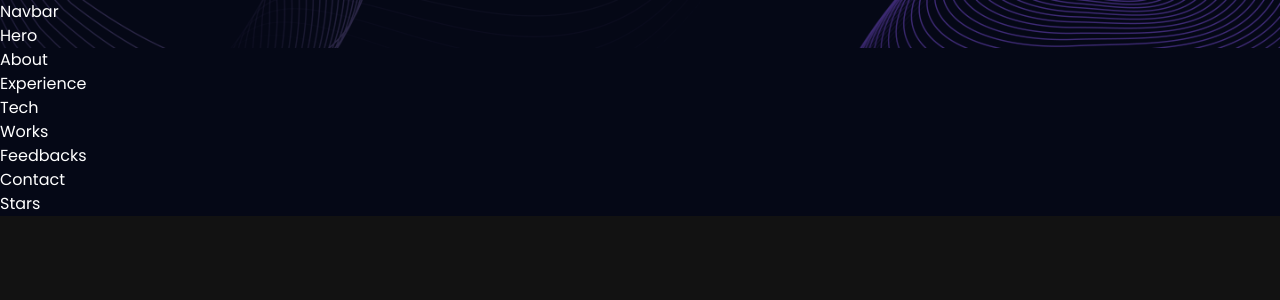
Repository: davedeguia/3d-portfolio
Page: /
These files come from the project's save history. The page is drawn as it stood at one moment and after the next save; the edit follows.
The browser window is 1280 px wide. The pictures show the whole page.
The project was rebuilt for these pictures with package versions that can differ from the ones it lists, and the page was loaded fresh each time. Also part of the build but not shown: vite.config.js, src/components/canvas/Earth.jsx, src/components/canvas/Ball.jsx, src/components/canvas/Computers.jsx.

Above is the page before, as saved 2023-03-04 14:17:28.

### src/App.jsx
import { BrowserRouter } from 'react-router-dom'
import {
  About,
  Contact,
  Experience,
  Feedbacks,
  Hero,
  Navbar,
  Tech,
  Works,
  StarsCanvas,
} from './components'

const App = () => {
  return (
    <BrowserRouter>
      <div className='relative z-0 bg-primary'>
        <div className='bg-hero-pattern bg-cover bg-no-repeat bg-center'>
          <Navbar />
          <Hero />
        </div>
        <About />
        <Experience />
        <Tech />
        <Works />
        <Feedbacks />
        <div className='relative z-0'>
          <Contact />
          <StarsCanvas />
        </div>
      </div>
    </BrowserRouter>
  )
}

export default App

### src/components/Navbar.jsx
import React, { useEffect, useState } from 'react'
import { Link } from 'react-router-dom'
import { styles } from '../styles'
import { navLinks } from '../constants'
import { logo, menu, close } from '../assets'

const Navbar = () => {
  return <nav>Navbar</nav>
}

export default Navbar

### src/styles.js
const styles = {
  paddingX: 'sm:px-16 px-6',
  paddingY: 'sm:py-16 py-6',
  padding: 'sm:px-16 px-6 sm:py-16 py-10',

  heroHeadText:
    'font-black text-white lg:text-[80px] sm:text-[60px] xs:text-[50px] text-[40px] lg:leading-[98px] mt-2',
  heroSubText:
    'text-[#dfd9ff] font-medium lg:text-[30px] sm:text-[26px] xs:text-[20px] text-[16px] lg:leading-[40px]',

  sectionHeadText:
    'text-white font-black md:text-[60px] sm:text-[50px] xs:text-[40px] text-[30px]',
  sectionSubText:
    'sm:text-[18px] text-[14px] text-secondary uppercase tracking-wider',
}

export { styles }

### src/constants/index.js
import {
  mobile,
  backend,
  creator,
  web,
  javascript,
  typescript,
  html,
  css,
  reactjs,
  redux,
  tailwind,
  nodejs,
  mongodb,
  git,
  figma,
  docker,
  meta,
  starbucks,
  tesla,
  shopify,
  carrent,
  jobit,
  tripguide,
  threejs,
} from '../assets'

export const navLinks = [
  {
    id: 'about',
    title: 'About',
  },
  {
    id: 'work',
    title: 'Work',
  },
  {
    id: 'contact',
    title: 'Contact',
  },
]

const services = [
  {
    title: 'Web Developer',
    icon: web,
  },
  {
    title: 'React Native Developer',
    icon: mobile,
  },
  {
    title: 'Backend Developer',
    icon: backend,
  },
  {
    title: 'Content Creator',
    icon: creator,
  },
]

const technologies = [
  {
    name: 'HTML 5',
    icon: html,
  },
  {
    name: 'CSS 3',
    icon: css,
  },
  {
    name: 'JavaScript',
    icon: javascript,
  },
  {
    name: 'TypeScript',
    icon: typescript,
  },
  {
    name: 'React JS',
    icon: reactjs,
  },
  {
    name: 'Redux Toolkit',
    icon: redux,
  },
  {
    name: 'Tailwind CSS',
    icon: tailwind,
  },
  {
    name: 'Node JS',
    icon: nodejs,
  },
  {
    name: 'MongoDB',
    icon: mongodb,
  },
  {
    name: 'Three JS',
    icon: threejs,
  },
  {
    name: 'git',
    icon: git,
  },
  {
    name: 'figma',
    icon: figma,
  },
  {
    name: 'docker',
    icon: docker,
  },
]

const experiences = [
  {
    title: 'React.js Developer',
    company_name: 'Starbucks',
    icon: starbucks,
    iconBg: '#383E56',
    date: 'March 2020 - April 2021',
    points: [
      'Developing and maintaining web applications using React.js and other related technologies.',
      'Collaborating with cross-functional teams including designers, product managers, and other developers to create high-quality products.',
      'Implementing responsive design and ensuring cross-browser compatibility.',
      'Participating in code reviews and providing constructive feedback to other developers.',
    ],
  },
  {
    title: 'React Native Developer',
    company_name: 'Tesla',
    icon: tesla,
    iconBg: '#E6DEDD',
    date: 'Jan 2021 - Feb 2022',
    points: [
      'Developing and maintaining web applications using React.js and other related technologies.',
      'Collaborating with cross-functional teams including designers, product managers, and other developers to create high-quality products.',
      'Implementing responsive design and ensuring cross-browser compatibility.',
      'Participating in code reviews and providing constructive feedback to other developers.',
    ],
  },
  {
    title: 'Web Developer',
    company_name: 'Shopify',
    icon: shopify,
    iconBg: '#383E56',
    date: 'Jan 2022 - Jan 2023',
    points: [
      'Developing and maintaining web applications using React.js and other related technologies.',
      'Collaborating with cross-functional teams including designers, product managers, and other developers to create high-quality products.',
      'Implementing responsive design and ensuring cross-browser compatibility.',
      'Participating in code reviews and providing constructive feedback to other developers.',
    ],
  },
  {
    title: 'Full stack Developer',
    company_name: 'Meta',
    icon: meta,
    iconBg: '#E6DEDD',
    date: 'Jan 2023 - Present',
    points: [
      'Developing and maintaining web applications using React.js and other related technologies.',
      'Collaborating with cross-functional teams including designers, product managers, and other developers to create high-quality products.',
      'Implementing responsive design and ensuring cross-browser compatibility.',
      'Participating in code reviews and providing constructive feedback to other developers.',
    ],
  },
]

const testimonials = [
  {
    testimonial:
      'I thought it was impossible to make a website as beautiful as our product, but Rick proved me wrong.',
    name: 'Sara Lee',
    designation: 'CFO',
    company: 'Acme Co',
    image: 'https://randomuser.me/api/portraits/women/4.jpg',
  },
  {
    testimonial:
      "I've never met a web developer who truly cares about their clients' success like Rick does.",
    name: 'Chris Brown',
    designation: 'COO',
    company: 'DEF Corp',
    image: 'https://randomuser.me/api/portraits/men/5.jpg',
  },
  {
    testimonial:
      "After Rick optimized our website, our traffic increased by 50%. We can't thank them enough!",
    name: 'Lisa Wang',
    designation: 'CTO',
    company: '456 Enterprises',
    image: 'https://randomuser.me/api/portraits/women/6.jpg',
  },
]

const projects = [
  {
    name: 'Car Rent',
    description:
      'Web-based platform that allows users to search, book, and manage car rentals from various providers, providing a convenient and efficient solution for transportation needs.',
    tags: [
      {
        name: 'react',
        color: 'blue-text-gradient',
      },
      {
        name: 'mongodb',
        color: 'green-text-gradient',
      },
      {
        name: 'tailwind',
        color: 'pink-text-gradient',
      },
    ],
    image: carrent,
    source_code_link: 'https://github.com/',
  },
  {
    name: 'Job IT',
    description:
      'Web application that enables users to search for job openings, view estimated salary ranges for positions, and locate available jobs based on their current location.',
    tags: [
      {
        name: 'react',
        color: 'blue-text-gradient',
      },
      {
        name: 'restapi',
        color: 'green-text-gradient',
      },
      {
        name: 'scss',
        color: 'pink-text-gradient',
      },
    ],
    image: jobit,
    source_code_link: 'https://github.com/',
  },
  {
    name: 'Trip Guide',
    description:
      'A comprehensive travel booking platform that allows users to book flights, hotels, and rental cars, and offers curated recommendations for popular destinations.',
    tags: [
      {
        name: 'nextjs',
        color: 'blue-text-gradient',
      },
      {
        name: 'supabase',
        color: 'green-text-gradient',
      },
      {
        name: 'css',
        color: 'pink-text-gradient',
      },
    ],
    image: tripguide,
    source_code_link: 'https://github.com/',
  },
]

export { services, technologies, experiences, testimonials, projects }

### src/assets/index.js
import logo from "./logo.svg";
import backend from "./backend.png";
import creator from "./creator.png";
import mobile from "./mobile.png";
import web from "./web.png";
import github from "./github.png";
import menu from "./menu.svg";
import close from "./close.svg";

import css from "./tech/css.png";
import docker from "./tech/docker.png";
import figma from "./tech/figma.png";
import git from "./tech/git.png";
import html from "./tech/html.png";
import javascript from "./tech/javascript.png";
import mongodb from "./tech/mongodb.png";
import nodejs from "./tech/nodejs.png";
import reactjs from "./tech/reactjs.png";
import redux from "./tech/redux.png";
import tailwind from "./tech/tailwind.png";
import typescript from "./tech/typescript.png";
import threejs from "./tech/threejs.svg";

import meta from "./company/meta.png";
import shopify from "./company/shopify.png";
import starbucks from "./company/starbucks.png";
import tesla from "./company/tesla.png";

import carrent from "./carrent.png";
import jobit from "./jobit.png";
import tripguide from "./tripguide.png";

export {
  logo,
  backend,
  creator,
  mobile,
  web,
  github,
  menu,
  close,
  css,
  docker,
  figma,
  git,
  html,
  javascript,
  mongodb,
  nodejs,
  reactjs,
  redux,
  tailwind,
  typescript,
  threejs,
  meta,
  shopify,
  starbucks,
  tesla,
  carrent,
  jobit,
  tripguide,
};

### tailwind.config.cjs
/** @type {import('tailwindcss').Config} */
module.exports = {
  content: ['./src/**/*.{js,jsx}'],
  mode: 'jit',
  theme: {
    extend: {
      colors: {
        primary: '#050816',
        secondary: '#aaa6c3',
        tertiary: '#151030',
        'black-100': '#100d25',
        'black-200': '#090325',
        'white-100': '#f3f3f3',
      },
      boxShadow: {
        card: '0px 35px 120px -15px #211e35',
      },
      screens: {
        xs: '450px',
      },
      backgroundImage: {
        'hero-pattern': "url('/src/assets/herobg.png')",
      },
    },
  },
  plugins: [],
}

Loaded but not shown: index.html (common file); src/main.jsx (common file); src/index.css (common file); src/components/index.js (common file); src/components/canvas/index.js (common file); src/components/Hero.jsx (common file); src/components/About.jsx (common file); src/components/Tech.jsx (common file); src/components/Experience.jsx (common file); src/components/Works.jsx (common file); src/components/Feedbacks.jsx (common file); src/components/Contact.jsx (common file); src/components/canvas/Stars.jsx (common file)

After the next save:
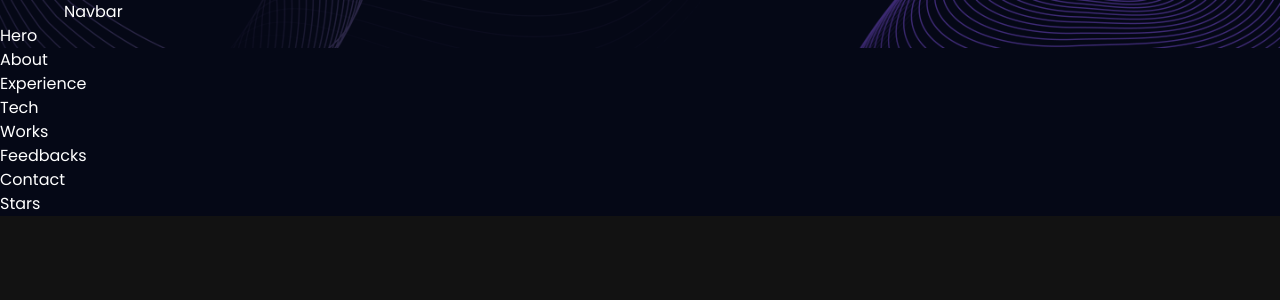
Saved 29 s later.
--- a/src/components/Navbar.jsx
+++ b/src/components/Navbar.jsx
@@ -5,7 +5,7 @@
 import { logo, menu, close } from '../assets'
 
 const Navbar = () => {
-  return <nav>Navbar</nav>
+  return <nav className={`${styles.paddingX}`}>Navbar</nav>
 }
 
 export default Navbar
